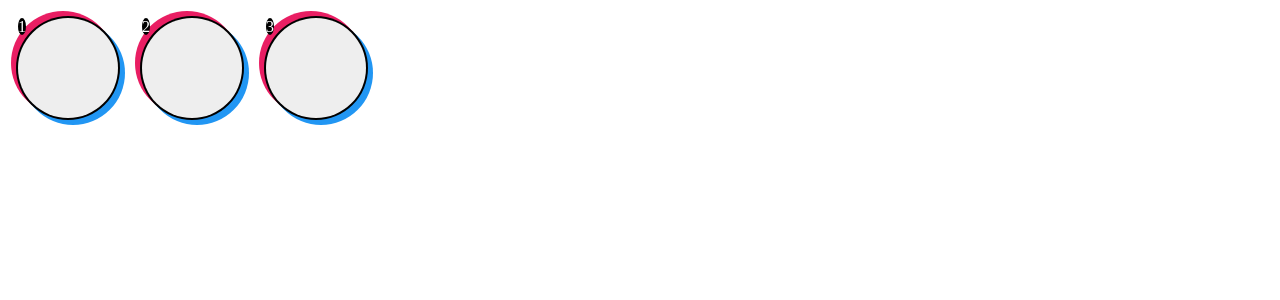
Repository: Body789/CSS_ELZERO
Page: Assignments/Assigmennt_10/Assignment_1/index.html
An editor plug-in stored every save of this project. The page is shown before and after the next save, followed by the edit.
The browser window is 1280 px wide. The pictures show the whole page.

Above is the page before, as saved 2022-09-18 00:48:58.

### Assignments/Assigmennt_10/Assignment_1/index.html
<!DOCTYPE html>
<html lang="en">
<head>
  <meta charset="UTF-8">
  <title>Ass_10_1</title>
  <link rel="stylesheet" href="Css/style.css">
</head>
<body>
  <div></div>
  <div></div>
  <div></div>
</body>
</html>

### Assignments/Assigmennt_10/Assignment_1/Css/style.css
div {
  box-shadow:
    0px 0px 0px 2px black,
    -5px -5px 0px 2px #e91e63,
    5px 5px 0px 2px #2196f3;
  width: 100px;
  height: 100px;
  display: inline-block;
  background-color: #eee;
  border-radius: 50px;
  margin: 10px;
  counter-increment: num;
}

div::after {
  content: counter(num);
  color: white;
  background-color: black;
  width: 120px;
  height: 10px;
  border-radius: 50%;
  /* padding: 3px; */
}

After the next save:
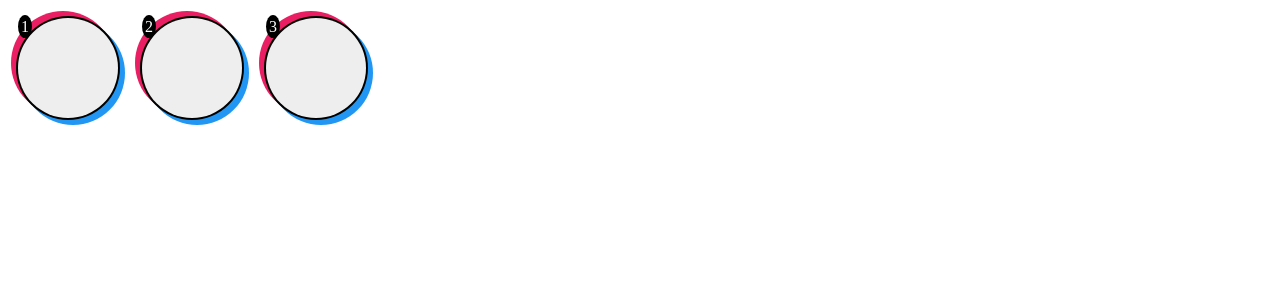
Saved 11 h 15 min later.
--- a/Assignments/Assigmennt_10/Assignment_1/Css/style.css
+++ b/Assignments/Assigmennt_10/Assignment_1/Css/style.css
@@ -16,8 +16,8 @@ div::after {
   content: counter(num);
   color: white;
   background-color: black;
-  width: 120px;
-  height: 10px;
+  width: 100px;
+  height: 100px;
   border-radius: 50%;
-  /* padding: 3px; */
+  padding: 3px;
 }
